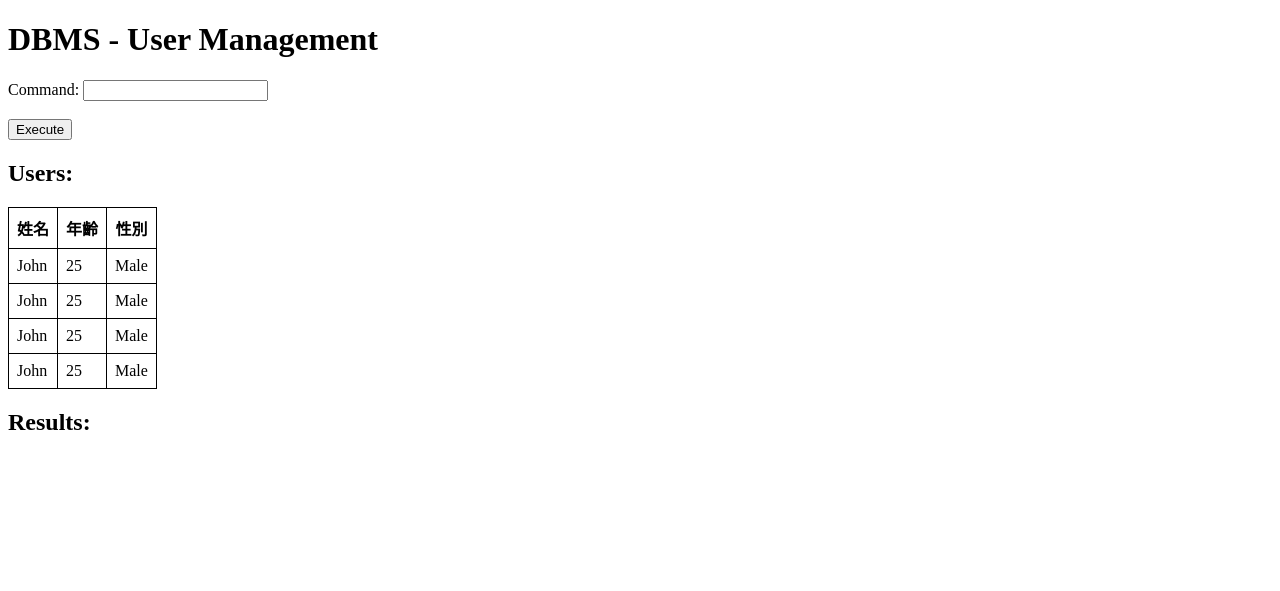
Repository: mark6969/DBMS-use-python
Page: http://localhost/
An editor plug-in stored every save of this project. The page is shown before and after the next save, followed by the edit.
The browser window is 1280 px wide. The pictures show the whole page.
The page is served by the project's application, run on Flask 3 (run.py).

Above is the page before, as saved 2023-05-19 11:51:47.

### mydatabase.csv
name,age,sex
John,25,Male
John,25,Male
John,25,Male
John,25,Male

### templates/index.html
<!DOCTYPE html>
<html>
<head>
    <title>DBMS</title>
    <style>
        table {
            border-collapse: collapse;
        }
        th, td {
            border: 1px solid black;
            padding: 8px;
        }
    </style>
</head>
<body>
    <h1>DBMS - User Management</h1>
    <form method="POST" action="/">
        <label for="command">Command:</label>
        <input type="text" name="command" id="command" required>
        <br><br>
        <input type="submit" value="Execute">
    </form>

    <h2>Users:</h2>
    <table>
        <tr>
            <th>姓名</th>
            <th>年齡</th>
            <th>性別</th>
        </tr>
        {% for user in users %}
        <tr>
            <td>{{ user.name }}</td>
            <td>{{ user.age }}</td>
            <td>{{ user.sex }}</td>
        </tr>
        {% endfor %}
    </table>

    <h2>Results:</h2>
    <ul>
        {% for result in results %}
        <li>{{ result }}</li>
        {% endfor %}
    </ul>
</body>
</html>

### run.py
from flask import Flask, render_template, request
import re
import csv

app = Flask(__name__)

# CSV文件路徑
DATABASE = 'mydatabase.csv'


def get_all_users():
    users = []
    with open('mydatabase.csv', 'r') as file:
        reader = csv.DictReader(file)
        for row in reader:
            user = {
                'name': row['name'],
                'age': row['age'],
                'sex': row['sex']
            }
            users.append(user)
    return users

def get_all_tables():
    tables = []
    with open('mydatabase.csv', 'r') as file:
        reader = csv.reader(file)
        tables = next(reader)
    return tables

def add_user(name, age, sex):
    with open(DATABASE, 'a', newline='') as file:
        fieldnames = ['name', 'age', 'sex']
        writer = csv.DictWriter(file, fieldnames=fieldnames)
        writer.writerow({'name': name, 'age': age, 'sex': sex})


def execute_query(query):
    if query.startswith('SELECT'):
        _, column, _, table = query.split()
        return select_data(column, table)
    elif query.startswith('DELETE'):
        _, _, table, _, condition_column, _, condition_value = query.split()
        delete_data(table, condition_column, condition_value)
        return ['Data deleted successfully.']
    elif query.startswith('INSERT'):
        values = re.findall(r'\((.*?)\)', query)[0]
        values_list = [value.strip() for value in values.split(',')]
        add_user(*values_list)
        return ['Data inserted successfully.']
    elif query.startswith('CREATE'):
        match = re.search(r'CREATE (\w+) \((.*?)\)', query)
        if match:
            table_name = match.group(1)
            columns = [column.strip() for column in match.group(2).split(',')]
            create_table(table_name, columns)
            return ['Table created successfully.']
        else:
            return ['Invalid query. Please check your input.']
    else:
        return ['Invalid query. Please check your input.']


def select_data(column, table):
    data = []
    with open(DATABASE, 'r') as file:
        reader = csv.DictReader(file)
        for row in reader:
            if column == '*':
                data.append(row)
            elif column in row:
                data.append({column: row[column]})
    return data


def delete_data(table, condition_column, condition_value):
    with open(DATABASE, 'r') as file:
        reader = csv.DictReader(file)
        rows = list(reader)

    filtered_rows = [row for row in rows if row.get(condition_column) == condition_value]

    with open(DATABASE, 'w', newline='') as file:
        fieldnames = rows[0].keys()
        writer = csv.DictWriter(file, fieldnames=fieldnames)
        writer.writeheader()
        writer.writerows(filtered_rows)

def create_table(table_name, columns):
    csv_filename = f'{table_name}.csv'
    with open(csv_filename, 'w', newline='') as file:
        writer = csv.writer(file)
        writer.writerow(columns)


@app.route('/', methods=['GET', 'POST'])
def index():
    if request.method == 'POST':
        command = request.form['command']
        results = execute_query(command)
    else:
        results = []

    users = get_all_users()
    tables = get_all_tables()
    print("users")
    print(users)
    print("results")
    print(results)
    return render_template('index.html', users=users, results=results, tables=tables)


if __name__ == '__main__':
    app.run(debug=True)

After the next save:
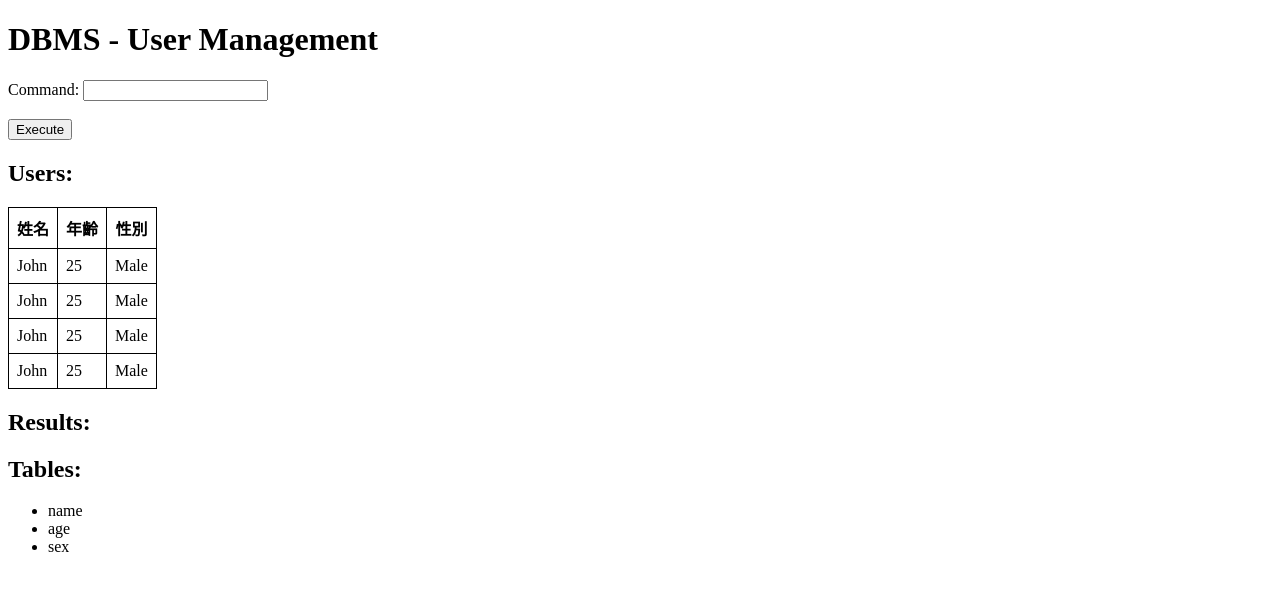
Saved 12 s later.
--- a/templates/index.html
+++ b/templates/index.html
@@ -43,5 +43,12 @@
         <li>{{ result }}</li>
         {% endfor %}
     </ul>
+    <h2>Tables:</h2>
+<ul>
+    {% for table in tables %}
+    <li>{{ table }}</li>
+    {% endfor %}
+</ul>
+
 </body>
 </html>
